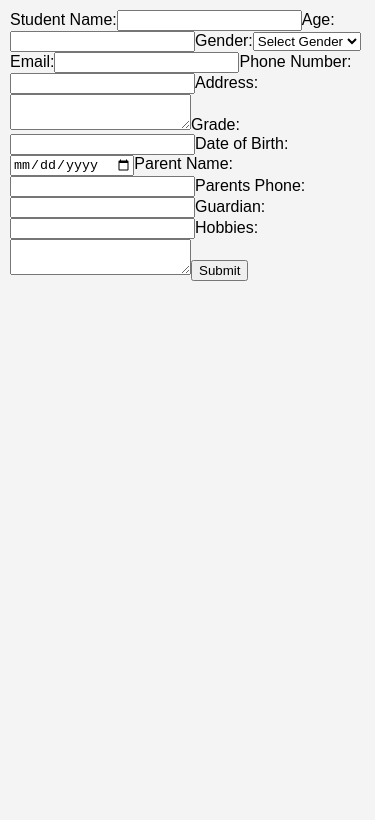
Repository: sharmisthak16/Student-Assignment
Page: /AddStudentModal (app in my-project/)
These files come from the project's save history. The page is drawn as it stood at one moment and after the next save; the edit follows.
The browser window is 375 px wide. The pictures show the whole page.
The project was rebuilt for these pictures with package versions that can differ from the ones it lists, and the page was loaded fresh each time. Also part of the build but not shown: my-project/vite.config.js, my-project/src/components/LoginForm.css, my-project/src/components/LoginForm.jsx, my-project/src/components/Dashboard.css, my-project/src/components/Dashboard.jsx, my-project/src/components/HomeButtons.css, my-project/src/components/HomeButtons.jsx, my-project/src/Pages/Home.jsx and 2 more.

Above is the page before, as saved 2025-01-31 04:03:57.

### my-project/index.html
<!doctype html>
<html lang="en">
  <head>
    <meta charset="UTF-8" />

    <meta name="viewport" content="width=device-width, initial-scale=1.0" />
    <title>Assignment</title>
  </head>
  <body>
    <div id="root"></div>
    <script type="module" src="/src/main.jsx"></script>
  </body>
</html>

### my-project/src/App.jsx
import React from 'react';
import { BrowserRouter as Router, Route, Routes } from 'react-router-dom'; // Use Routes instead of Switch
import LoginForm from './components/LoginForm';
import Dashboard from './components/Dashboard'; // Create this component for the dashboard page
import Home from './Pages/Home';
import StudentTable from './components/StudentTable';
import AddStudentModal from './components/AddStudentModal'

function App() {
  return (
    <Router>
      <Routes>
      <Route path='/' element={<Home/>} />
        <Route path="/LoginForm" element={<LoginForm />} /> {/* Use element instead of component */}
        <Route path="/dashboard" element={<Dashboard />} /> {/* Use element instead of component */}
       <Route path="/StudentTable" element={<StudentTable />}  />
       <Route path="/AddStudentModal" element={<AddStudentModal/>}  />
      </Routes>
    </Router>
  );
}

export default App;

### my-project/src/components/AddStudentModal.jsx
import React, { useState } from 'react';
import { db, collection, addDoc } from './firebase'; // Import Firestore methods
import './AddStudentModal.css';
import { useNavigate } from 'react-router-dom'; // To programmatically navigate

const AddStudentModal = () => {
  const [formData, setFormData] = useState({
    name: '',
    age: '',
    gender: '',
    email: '',
    phone: '',
    address: '',
    grade: '',
    dob: '',
    parentName: '',
    parentPhone: '',
    guardian: '',
    hobbies: ''
  });

  const [loading, setLoading] = useState(false);
  const navigate = useNavigate(); // To navigate after form submission

  const handleChange = (e) => {
    const { name, value } = e.target;
    setFormData({
      ...formData,
      [name]: value
    });
  };

  const handleSubmit = async (e) => {
    e.preventDefault();
    setLoading(true);

    try {
      // Add student data to Firestore
      await addDoc(collection(db, "students"), formData);

      alert('Student data saved successfully!');
      setFormData({
        name: '',
        age: '',
        gender: '',
        email: '',
        phone: '',
        address: '',
        grade: '',
        dob: '',
        parentName: '',
        parentPhone: '',
        guardian: '',
        hobbies: ''
      });

      navigate('/Dashboard'); // Navigate to Dashboard after submission
    } catch (error) {
      console.error('Error adding student:', error);
      alert('Failed to save student data.');
    }

    setLoading(false);
  };

  return (
    <form onSubmit={handleSubmit}>
      <label>
        Student Name:
        <input type="text" name="name" value={formData.name} onChange={handleChange} required />
      </label>

      <label>
        Age:
        <input type="number" name="age" value={formData.age} onChange={handleChange} required />
      </label>

      <label>
        Gender:
        <select name="gender" value={formData.gender} onChange={handleChange} required>
          <option value="">Select Gender</option>
          <option value="male">Male</option>
          <option value="female">Female</option>
          <option value="other">Other</option>
        </select>
      </label>

      <label>
        Email:
        <input type="email" name="email" value={formData.email} onChange={handleChange} required />
      </label>

      <label>
        Phone Number:
        <input type="text" name="phone" value={formData.phone} onChange={handleChange} required />
      </label>

      <label>
        Address:
        <textarea name="address" value={formData.address} onChange={handleChange} required />
      </label>

      <label>
        Grade:
        <input type="text" name="grade" value={formData.grade} onChange={handleChange} required />
      </label>

      <label>
        Date of Birth:
        <input type="date" name="dob" value={formData.dob} onChange={handleChange} required />
      </label>

      <label>
        Parent Name:
        <input type="text" name="parentName" value={formData.parentName} onChange={handleChange} required />
      </label>

      <label>
        Parents Phone:
        <input type="text" name="parentPhone" value={formData.parentPhone} onChange={handleChange} required />
      </label>

      <label>
        Guardian:
        <input type="text" name="guardian" value={formData.guardian} onChange={handleChange} required />
      </label>

      <label>
        Hobbies:
        <textarea name="hobbies" value={formData.hobbies} onChange={handleChange} required />
      </label>

      <button type="submit" disabled={loading}>
        {loading ? 'Submitting...' : 'Submit'}
      </button>
    </form>
  );
};

export default AddStudentModal;

### my-project/src/components/firebase.js
import { initializeApp } from "firebase/app";
import { getAuth, createUserWithEmailAndPassword, signInWithEmailAndPassword } from "firebase/auth";
import { getFirestore, collection, addDoc } from "firebase/firestore"; // Firestore imports

const firebaseConfig = {
  apiKey: "AIzaSyBbJ0LWJOG7xecQUhc7-0NGPvu33pYSSAg",
  authDomain: "assignment-f6a48.firebaseapp.com",
  projectId: "assignment-f6a48",
  storageBucket: "assignment-f6a48.appspot.com",
  messagingSenderId: "801572322432",
  appId: "1:801572322432:web:b56f932b3f50b6140f7a65",
  measurementId: "G-SBG6GTP1V2"
};

const app = initializeApp(firebaseConfig);
const auth = getAuth(app);
const db = getFirestore(app); // Firestore instance

export { auth, db, createUserWithEmailAndPassword, signInWithEmailAndPassword, addDoc, collection };

### my-project/src/components/AddStudentModal.css
/* General Styles */
body {
  font-family: Arial, sans-serif;
  background-color: #f4f4f4;
  display: flex;
  justify-content: center;
  align-items: flex-start; /* Align form at the top */
  height: 100vh;
  margin: 0;
  padding: 10px; /* Small padding to prevent cutting off content */
}

Loaded but not shown: my-project/src/main.jsx (common file); my-project/src/index.css (common file)

After the next save:
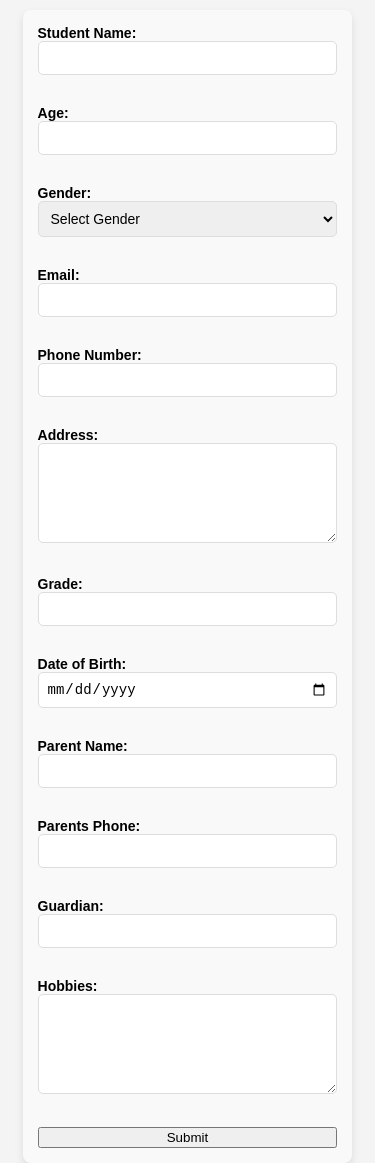
Saved 9 s later.
--- a/my-project/src/components/AddStudentModal.css
+++ b/my-project/src/components/AddStudentModal.css
@@ -9,3 +9,86 @@ body {
   margin: 0;
   padding: 10px; /* Small padding to prevent cutting off content */
 }
+
+/* AddStudentModal.css */
+
+/* General form styling */
+form {
+  display: flex;
+  flex-direction: column;
+  gap: 15px;
+  max-width: 400px;
+  margin: 0 auto;
+  padding: 20px;
+  background-color: #f9f9f9;
+  border-radius: 8px;
+  box-shadow: 0 4px 8px rgba(0, 0, 0, 0.1);
+}
+
+/* Label and input field styling */
+label {
+  font-weight: bold;
+  font-size: 14px;
+  margin-bottom: 5px;
+}
+
+input, select, textarea {
+  padding: 8px;
+  font-size: 14px;
+  border: 1px solid #ddd;
+  border-radius: 5px;
+  width: 100%;
+  box-sizing: border-box;
+}
+
+/* Focus effect */
+input:focus, select:focus, textarea:focus {
+  outline: none;
+  border-color: #4CAF50;
+}
+
+/* Button styling */
+.submit-button {
+  background-color: #4CAF50; /* Green background */
+  color: white;              /* White text */
+  padding: 10px 20px;        /* Padding */
+  border: none;              /* Remove border */
+  border-radius: 5px;        /* Rounded corners */
+  cursor: pointer;          /* Pointer cursor on hover */
+  font-size: 16px;           /* Font size */
+  transition: background-color 0.3s ease; /* Smooth background color transition */
+  width: 100%;
+  box-sizing: border-box;
+}
+
+.submit-button:disabled {
+  background-color: #ddd;    /* Light gray background when disabled */
+  cursor: not-allowed;       /* Disable cursor */
+}
+
+.submit-button:hover:not(:disabled) {
+  background-color: #45a049; /* Darker green on hover */
+}
+
+/* Textarea specific styling */
+textarea {
+  resize: vertical;  /* Allow resizing only vertically */
+  height: 100px;
+}
+
+/* Spacing for input elements */
+input, select, textarea {
+  margin-bottom: 10px;
+}
+
+/* Responsiveness for mobile view */
+@media (max-width: 600px) {
+  form {
+    padding: 15px;
+    width: 90%;
+  }
+
+  .submit-button {
+    padding: 12px;
+  }
+}
